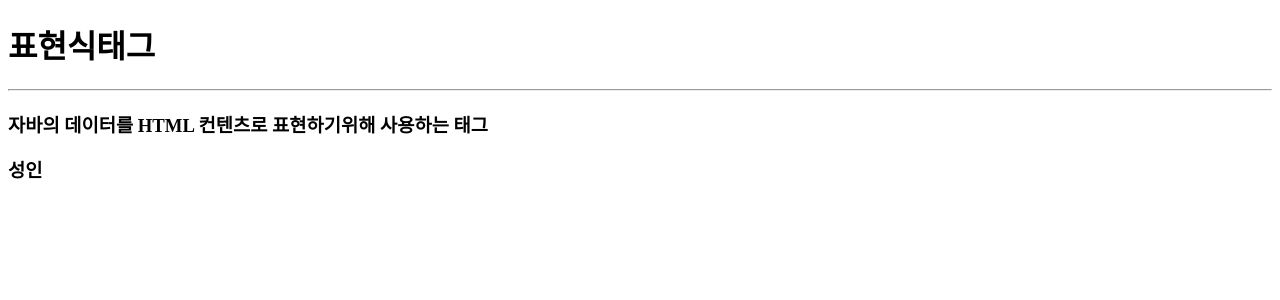
Repository: ParkHyeonju12/servlet
Page: http://localhost/04_jspProject/jsp/expressionTag.jsp
An editor plug-in stored every save of this project. The page is shown before and after the next save, followed by the edit.
The browser window is 1280 px wide. The pictures show the whole page.
The page is served by Tomcat 9.

Above is the page before, as saved 2022-08-30 06:39:41.

After the next save:
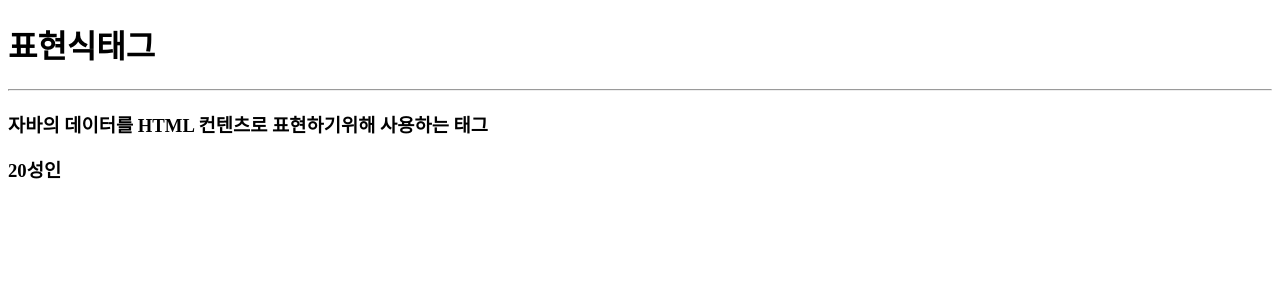
Saved 26 s later.
--- a/web-workspace/04_jspProject/src/main/webapp/jsp/expressionTag.jsp
+++ b/web-workspace/04_jspProject/src/main/webapp/jsp/expressionTag.jsp
@@ -14,7 +14,7 @@
 		int age = 20;
 	%>
 	<% if(age>19){ %>
-		<h3>성인</h3>
+		<h3><%=age %>성인</h3>
 	<%} else{ %>
 		<h3>미성년자</h3>
 	<%} %>
